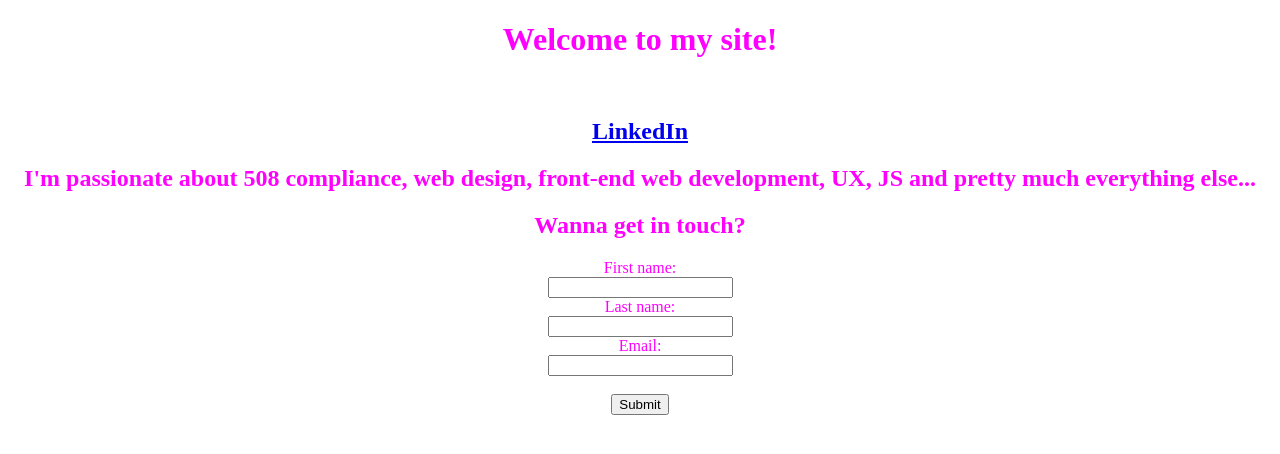
Repository: jasvr/jasvr.io
Page: index.html
These files come from the project's save history. The page is drawn as it stood at one moment and after the next save; the edit follows.
The browser window is 1280 px wide. The pictures show the whole page.

Above is the page before, as saved 2020-01-09 21:53:43.

After the next save:
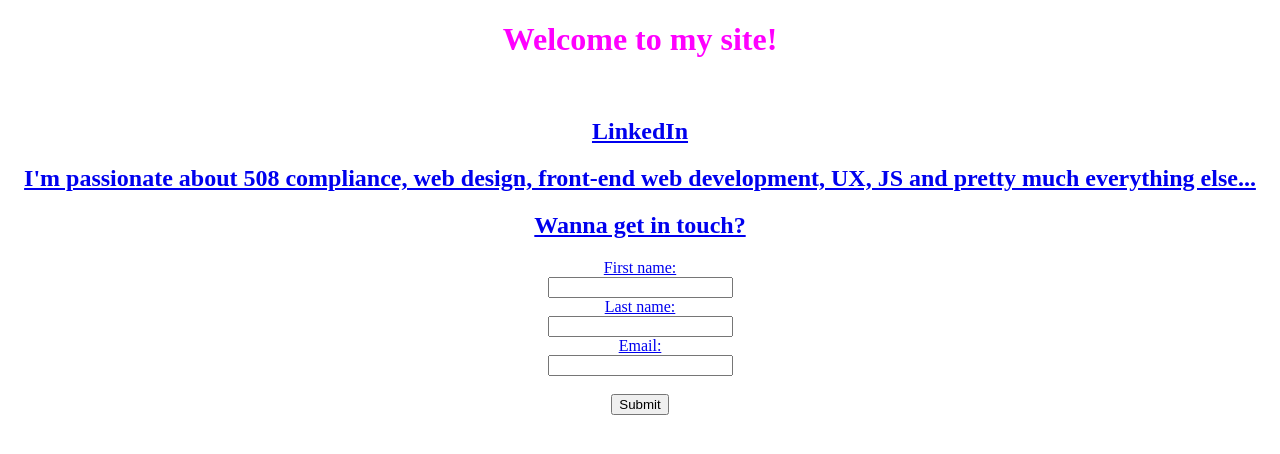
Saved 2 min 9 s later.
--- a/index.html
+++ b/index.html
@@ -10,7 +10,7 @@
 <body>
     <h1>Welcome to my site!</h1>
     <br>
-    <h2><a href="https://www.linkedin.com/in/jasvrgs/">LinkedIn</a></h2>
+    <h2><a href="https://www.linkedin.com/in/jasvrgs/">LinkedIn</h2>
     <h2>I'm passionate about 508 compliance, web design, front-end web development, UX, JS and pretty much everything else...</h2>
 
     <h2>Wanna get in touch?</h2>

After the save that followed:
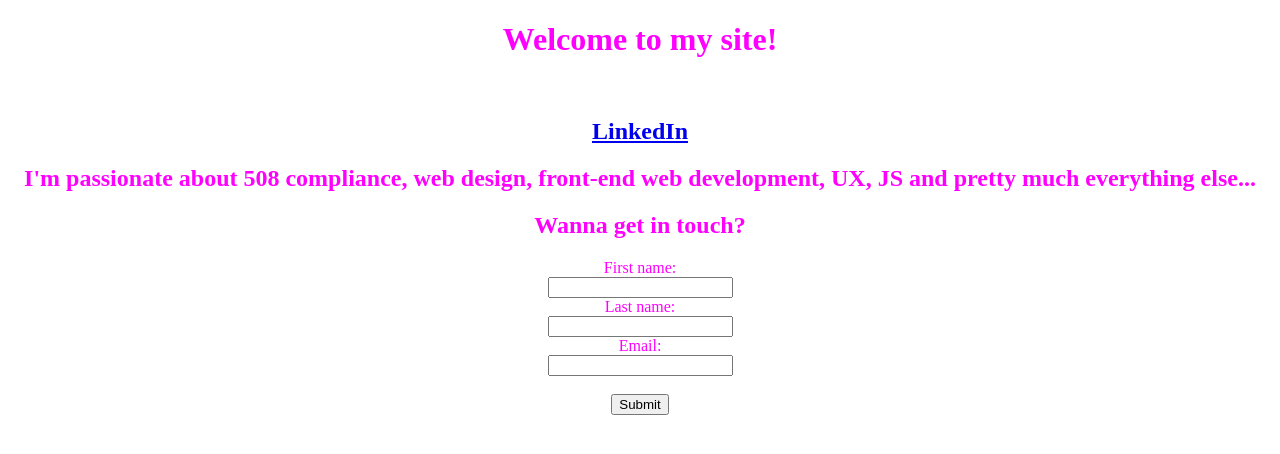
Saved 7 s later.
--- a/index.html
+++ b/index.html
@@ -10,7 +10,7 @@
 <body>
     <h1>Welcome to my site!</h1>
     <br>
-    <h2><a href="https://www.linkedin.com/in/jasvrgs/">LinkedIn</h2>
+    <h2><a href="https://www.linkedin.com/in/jasvrgs/">LinkedIn</a></h2>
     <h2>I'm passionate about 508 compliance, web design, front-end web development, UX, JS and pretty much everything else...</h2>
 
     <h2>Wanna get in touch?</h2>
